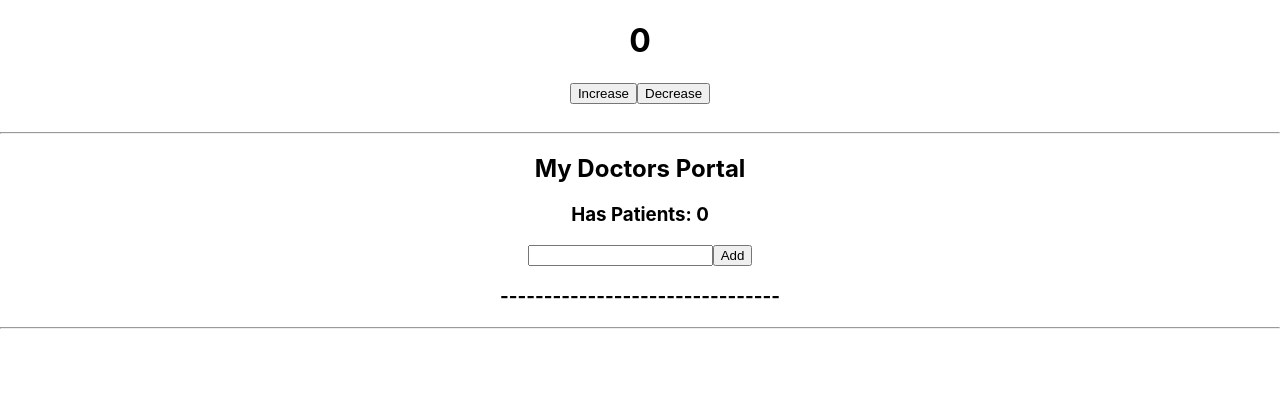
Repository: Sharif-00112/exploring-redux-useReducer
Page: /
The author's editor kept a copy of each file at every save. The page is drawn from the files as they stood at one save, then again after the next save.
The browser window is 1280 px wide. The pictures show the whole page.
The project was rebuilt for these pictures with package versions that can differ from the ones it lists, and the page was loaded fresh each time.

Above is the page before, as saved 2023-01-09 23:03:14.

After the next save:
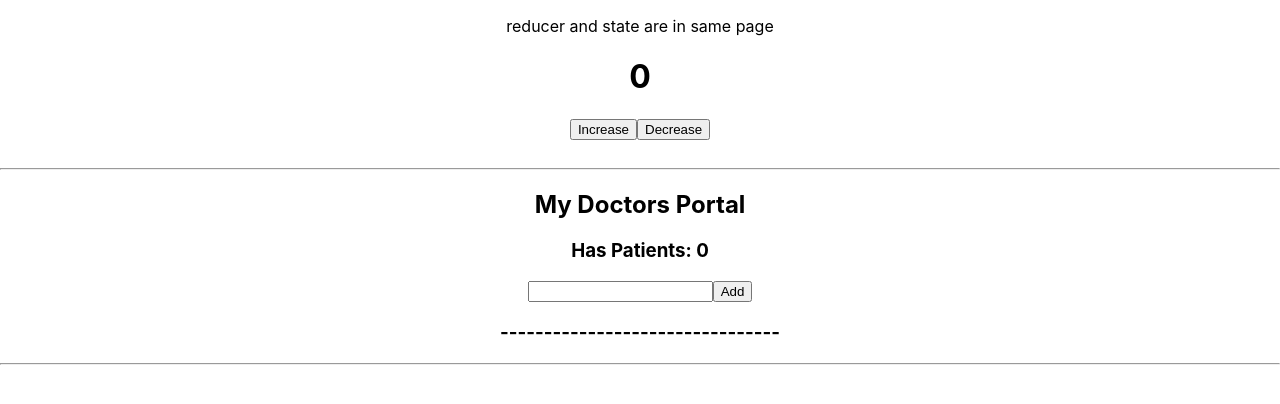
Saved 119 s later.
--- a/src/App.js
+++ b/src/App.js
@@ -13,6 +13,7 @@ function App() {
 
   return (
     <div className="App">
+      <p>reducer and state are in same page</p>
       <Count></Count>
       <br />
       <hr />
